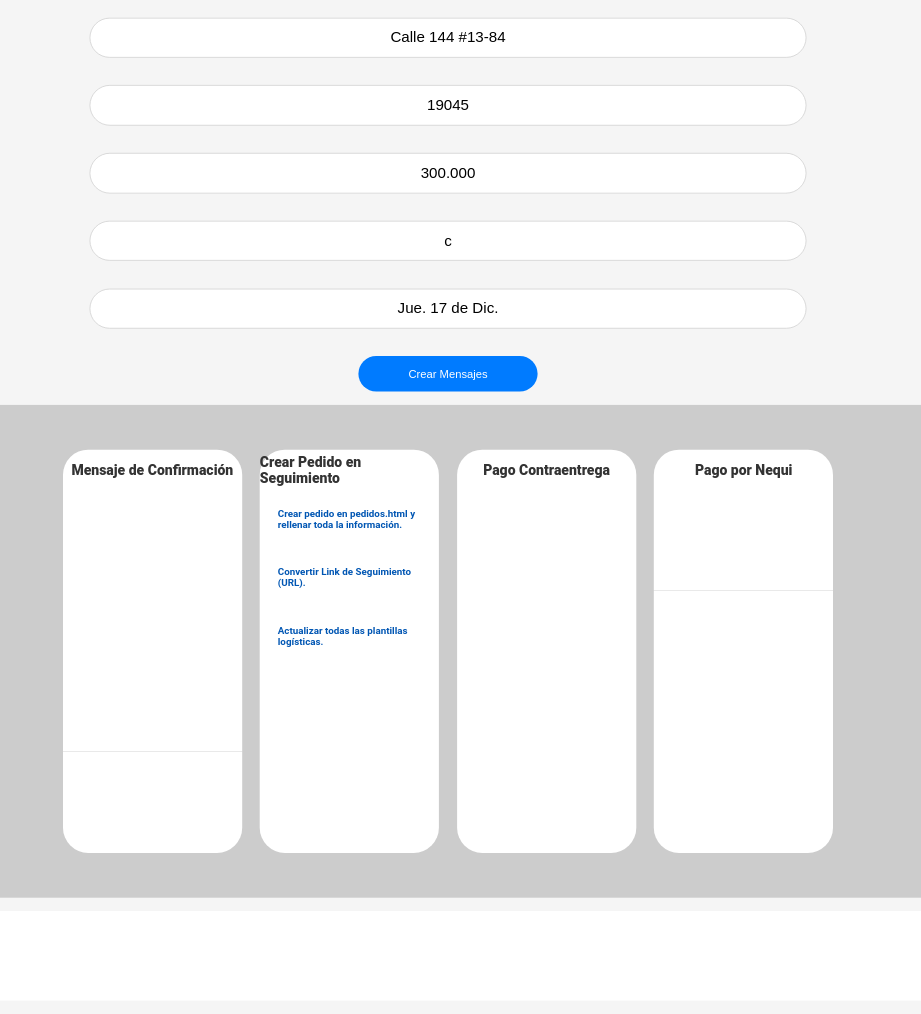
Repository: aCoupon0/intranet
Page: 1/venta-1.html
An editor plug-in stored every save of this project. The page is shown before and after the next save, followed by the edit.
The browser window is 1280 px wide. The page is 1316 px wide, so the pictures cover 1316 px, including what lies to the right of the window. The pictures show the part of the page from y = 789 to 2669 px (the page is 2237 px tall before and 2669 px after), at 70% of full size.

Above is the page before, as saved 2024-12-09 15:48:07.

### 1/venta-1.html
<!DOCTYPE html>
<html lang="es">

<head>
    <meta charset="UTF-8">
    <meta name="viewport" content="width=device-width, initial-scale=1.0">
    <title>Intranet DermaBox</title>
    <link rel="stylesheet" href="../css/venta.css">
</head>

<body>
    <h1>Formulario de Pedido</h1>

    <!-- Inputs para los productos -->
    <input type="text" id="input-limpiador" class="input-texto" placeholder="Limpiador" value="Limpiador Hidratante de CeraVe">
    <input type="text" id="input-hidratante" class="input-texto" placeholder="Hidratante" value="Tónico Centella Asiatica">
    <input type="text" id="input-bloqueador" class="input-texto" placeholder="Bloqueador" value="ISDIN Fusion Water Magic SPF 50">
    <input type="text" id="input-potenciador" class="input-texto" placeholder="Potenciador" value="Sérum Hialurónico 2% + B5 The Ordinary">

    <!-- Inputs para los datos del cliente -->
    <input type="text" id="input-nombre" class="input-texto" placeholder="Nombre" value="Gabriel Paris">
    <input type="text" id="input-celular" class="input-texto" placeholder="Celular" value="3104738570">
    <input type="text" id="input-ciudad" class="input-texto" placeholder="Ciudad" value="Bogota">
    <input type="text" id="input-direccion" class="input-texto" placeholder="Dirección" value="Calle 144 #13-84">

    <!-- Inputs para código, cobro y método -->
    <input type="text" id="input-codigo" class="input-texto" placeholder="Código" value="19045">
    <input type="text" id="input-cobro" class="input-texto" placeholder="Cobro" value="300.000">
    <input type="text" id="input-metodo" class="input-texto" placeholder="Método de Pago" value="c">
    <input type="text" id="input-fecha" class="input-texto" placeholder="Fecha de Llegada" value="Jue. 17 de Dic.">

    <!-- Botón para enviar -->
    <button id="boton-enviar" class="boton-enviar">Crear Mensajes</button>

    <div class="primera-fase">
        <div class="section-dual">
            <div class="section-dual-title">Mensaje de Confirmación</div>
            <div class="section-dual-1"></div>
            <div class="section-dual-2"></div>
        </div>
        <div class="section-dual">
            <div class="section-dual-title">Crear Pedido en Seguimiento</div>
            <div class="section-dual-instruction">Crear pedido en pedidos.html y rellenar toda la información.</div>
            <div class="section-dual-instruction">Convertir Link de Seguimiento (URL).</div>
            <div class="section-dual-instruction">Actualizar todas las plantillas logísticas.</div>
        </div>
        <div class="section-dual">
            <div class="section-dual-title">Pago Contraentrega</div>
            <div class="section-dual-3"></div>
        </div>
        <div class="section-dual">
            <div class="section-dual-title">Pago por Nequi</div>
            <div class="section-dual-4"></div>
            <div class="section-dual-5"></div>
        </div>

    </div>

    <div class="segunda-fase">

    </div>

    <div class="tercera-fase"></div>

    <script src="../js/ventas-shared.js"></script>
</body>

</html>

### css/venta.css
body {
    font-family: 'Roboto', system-ui, -apple-system, BlinkMacSystemFont, 'Segoe UI', sans-serif;
    margin: 0;
    padding: 0;
    display: flex;
    justify-content: center;
    align-items: center;
    height: auto;
    flex-direction: column;
    background-color: #f5f5f5;
    color: #333;
    gap: 1.5vw;
    padding-top: 5vh;
}

input {
    width: 80vw; /* Ocupa el 80% del ancho del contenedor */
    height: 8vh; /* Altura dinámica según el viewport */
    padding: 10px;
    font-size: 3vh;
    border: 1px solid #ccc;
    border-radius: 5vw;
    margin-bottom: 20px; /* Separación del botón */
    box-sizing: border-box;
    text-align: center;
}

.boton-enviar {
    width: 20%; /* Mismo ancho que el input */
    padding: 10px;
    height: 7vh; /* Misma altura que el input */
    font-size: 1rem;
    background-color: #007BFF;
    color: white;
    border: none;
    border-radius: 5vw;
    cursor: pointer;
    transition: background-color 0.3s;
    text-align: center;
}

.boton-enviar:hover {
    background-color: #0056b3;
}


.primera-fase {
    width: 100%;
    height: auto;
    padding: 5% 5vh 5% 5vh;
    display: flex;
    justify-content: center;
    align-content: center;
    background-color: #ccc;
    flex-direction: row;
    gap: 2%;
}

.section-dual {
    width: 20%;
    height: 80vh;
    border-radius: 5vh;
    display: flex;
    flex-direction: column;
    background-color: #ffffff;
    justify-content: flex-start;
    align-items: center;
}

.section-dual-title {
    width: 100%;
    height: 10%;
    display: flex;
    justify-content: center;
    align-items: center;
    font-size: 20px;
    font-weight: 800;
}

.section-dual-instruction {
    width: 100%;
    height: auto;
    display: flex;
    justify-content: flex-start;
    align-items: center;
    font-size: 14px;
    font-weight: 600;
    padding: 10%;
    box-sizing: border-box;
    color: #0056b3;
}

.section-dual-1 {
    width: 100%;
    height: 65%;
    border-bottom: 1px solid rgba(128, 128, 128, 0.339);
    display: flex;
    justify-content: flex-start;
    align-items: center;
    text-align: left;
    box-sizing: border-box;
    font-size: 13px;
    font-weight: 400;
    padding: 5%;
}


.section-dual-2 {
    width: 100%;
    height: 25%;
    display: flex;
    justify-content: flex-start;
    align-items: center;
    text-align: left;
    box-sizing: border-box;
    font-size: 13px;
    font-weight: 400;
    padding: 5%;
}

.section-dual-3 {
    width: 100%;
    height: 75%;
    display: flex;
    justify-content: flex-start;
    align-items: center;
    text-align: left;
    flex-direction: column;
    box-sizing: border-box;
    font-size: 13px;
    font-weight: 400;
    padding: 5%;
}

.section-dual-4 {
    width: 100%;
    height: 25%;
    border-bottom: 1px solid rgba(128, 128, 128, 0.339);
    display: flex;
    justify-content: flex-start;
    align-items: center;
    text-align: left;
    box-sizing: border-box;
    font-size: 13px;
    font-weight: 400;
    padding: 5%;
}


.section-dual-5 {
    width: 100%;
    height: 65%;
    display: flex;
    justify-content: flex-start;
    align-items: center;
    text-align: left;
    box-sizing: border-box;
    font-size: 13px;
    font-weight: 400;
    padding: 5%;
    flex-direction: column;
}


.segunda-fase {
    width: 100%;
    height: auto;
    padding: 5% 5vh 5% 5vh;
    display: flex;
    justify-content: center;
    align-content: center;
    background-color: #ffffff;
    flex-direction: column;
}

.producto-item {
    display: flex;
    align-items: center;
    justify-content: center;
    width: 100%;
    height: auto;
    padding: 3% 10% 3% 10%;
    box-sizing: border-box;
}

.producto-checkbox {
    width: 50px; /* Tamaño de la checkbox */
    height: 50px; /* Tamaño de la checkbox */
    cursor: pointer; /* Cambia el cursor para indicar interactividad */
    display: flex;
    justify-content: center;
    align-items: center;
}

.producto-checkbox input[type="checkbox"] {
    width: 25px; /* Ancho del área del checkbox */
    height: 25px; /* Alto del área del checkbox */
    cursor: pointer; /* Cambia el cursor para indicar interactividad */
    accent-color: #007BFF; /* Cambia el color del checkbox (en navegadores compatibles) */
    margin-right: 10px; /* Espacio entre el checkbox y el texto */
}

.producto-item span {
    font-size: 18px; /* Tamaño del texto */
    line-height: 1.5; /* Espaciado para mejor lectura */
    font-weight: 800; /* Peso de la fuente para hacerla más visible */
    color: #333; /* Color del texto */
    font-size: 30px;
}




.tercera-fase {
    width: 100%;
    height: auto;
    display: flex;
    justify-content: center;
    align-content: center;
    flex-direction: row;
    background-color: #ccc;
    flex-direction: row;
    gap: 2%;
}


.tercera-fase-1 {
    width: 50%;
    height: 60vh;
    border-right: 1px solid grey;
}

.tercera-fase-2 {
    width: 50%;
    height: 60vh;
}

### js/ventas-shared.js
document.getElementById("boton-enviar").addEventListener("click", () => {
    const nombre = document.getElementById("input-nombre").value.trim();
    const codigo = document.getElementById("input-codigo").value.trim();
    const limpiador = document.getElementById("input-limpiador").value.trim();
    const hidratante = document.getElementById("input-hidratante").value.trim();
    const bloqueador = document.getElementById("input-bloqueador").value.trim();
    const potenciador = document.getElementById("input-potenciador").value.trim();
    const ciudad = document.getElementById("input-ciudad").value.trim();
    const direccion = document.getElementById("input-direccion").value.trim();
    const cobro = document.getElementById("input-cobro").value.trim();

    // Construir el mensaje con saltos de línea en HTML
    let mensaje = `Hola *${nombre}*.<br><br>Gracias por tu compra en DermaBox. Tu pedido *#${codigo}* ha sido confirmado y está en preparación.<br><br>Por favor confirma los siguientes datos:<br><br>*Pedido*<br>`;

    if (limpiador) mensaje += ` - *${limpiador}*<br>`;
    if (hidratante) mensaje += ` - *${hidratante}*<br>`;
    if (bloqueador) mensaje += ` - *${bloqueador}*<br>`;
    if (potenciador) mensaje += ` - *${potenciador}*<br>`;
    if (cobro) mensaje += ` - *${cobro}*<br>`;

    mensaje += `<br>*Información del Cliente*<br>`;
    if (nombre) mensaje += ` - *${nombre}*<br>`;
    if (ciudad) mensaje += ` - *${ciudad}*<br>`;
    if (direccion) mensaje += ` - *${direccion}*<br>`;


    // Mostrar el mensaje en el div correspondiente
    const sectionDual1 = document.querySelector(".section-dual-1");
    sectionDual1.innerHTML = mensaje; // Asignar el HTML con saltos de línea


    // Construir el mensaje para section-dual-2
    const mensaje2 = `Para hacer el envío necesitamos los siguientes datos:<br><br> - Número de cédula<br> - Detalles de dirección (Casa, Conjunto, Edificio...)<br>`;

    // Mostrar el mensaje en section-dual-2
    const sectionDual2 = document.querySelector(".section-dual-2");
    sectionDual2.innerHTML = mensaje2;



    const metodoPago = document.querySelector("#input-metodo").value;
    const fechaLlegada = document.querySelector("#input-fecha").value; // Asegúrate de que esta variable obtenga el input correcto para la fecha.
    const linkSeguimiento = "https://tu-link-de-seguimiento.com"; // Proporciona aquí el link de seguimiento.

    if (metodoPago === "n") {
        // Rellenar section-dual-4
        const sectionDual4 = document.querySelector(".section-dual-4");
        sectionDual4.innerHTML = `
            Perfecto!<br>
            Indicaste que preferías el pago por Nequi, aquí tienes los datos para realizar el envío:
        `;

        // Rellenar section-dual-5
        const sectionDual5 = document.querySelector(".section-dual-5");
        sectionDual5.innerHTML = `
            Super!<br>
            Tu DermaBox está en camino y llegará aproximadamente el *${fechaLlegada}*. Aquí está el
            <a href="${linkSeguimiento}" target="_blank">*Link de Seguimiento*</a>.<br>
            Aquí puedes revisar nuevamente cómo aplicar tu rutina, acceder al *Qué Hacer Hoy* y muchas más cosas.<br>
            Dicho esto, muchas gracias por confiar en nosotros. Estaremos atentos a cualquier pregunta que puedas tener.<br>
            Y no te olvides de seguir las precauciones recomendadas.<br>
            ¡Hasta Pronto!
        `;
    } else if (metodoPago === "c") {
        // Rellenar section-dual-5
        const sectionDual3 = document.querySelector(".section-dual-3");
        sectionDual3.innerHTML = `
            Super!<br>
            Tu DermaBox está en camino y llegará aproximadamente el *${fechaLlegada}*.<br>
            Recuerda tener el dinero preparado o dejarlo en casa si no estarás presente al momento de la entrega.<br>
            Aquí está el <a href="${linkSeguimiento}" target="_blank">Link de Seguimiento</a>, aquí puedes revisar nuevamente la rutina, acceder al *Qué Hacer Hoy* y muchas más cosas.<br>
            Dicho esto, muchas gracias por confiar en nosotros. Estaremos atentos a cualquier pregunta que puedas tener.<br>
            ¡Hasta Pronto!
        `;
    }





    const segundaFase = document.querySelector(".segunda-fase");
    segundaFase.innerHTML = ""; // Limpia el contenido existente antes de agregar la lista.

    // Inputs de los productos
    const productos = [
        { id: "input-limpiador", nombre: "Limpiador" },
        { id: "input-hidratante", nombre: "Hidratante" },
        { id: "input-bloqueador", nombre: "Bloqueador" },
        { id: "input-potenciador", nombre: "Potenciador" },
    ];

    // Crear una lista dinámica
    productos.forEach(producto => {
        const valor = document.querySelector(`#${producto.id}`).value.trim();

        if (valor) {
            // Crear un contenedor para cada item
            const itemContainer = document.createElement("div");
            itemContainer.className = "producto-item";
            itemContainer.style.display = "flex";
            itemContainer.style.alignItems = "center";
            itemContainer.style.marginBottom = "8px";

            // Crear la checkbox
            const checkbox = document.createElement("input");
            checkbox.type = "checkbox";
            checkbox.className = "producto-checkbox";
            checkbox.style.marginRight = "10px";

            // Crear el texto del producto
            const texto = document.createElement("span");
            texto.textContent = valor;

            // Agregar checkbox y texto al contenedor
            itemContainer.appendChild(checkbox);
            itemContainer.appendChild(texto);

            // Agregar el contenedor a la segunda-fase
            segundaFase.appendChild(itemContainer);
        }
    });
});

After the next save:
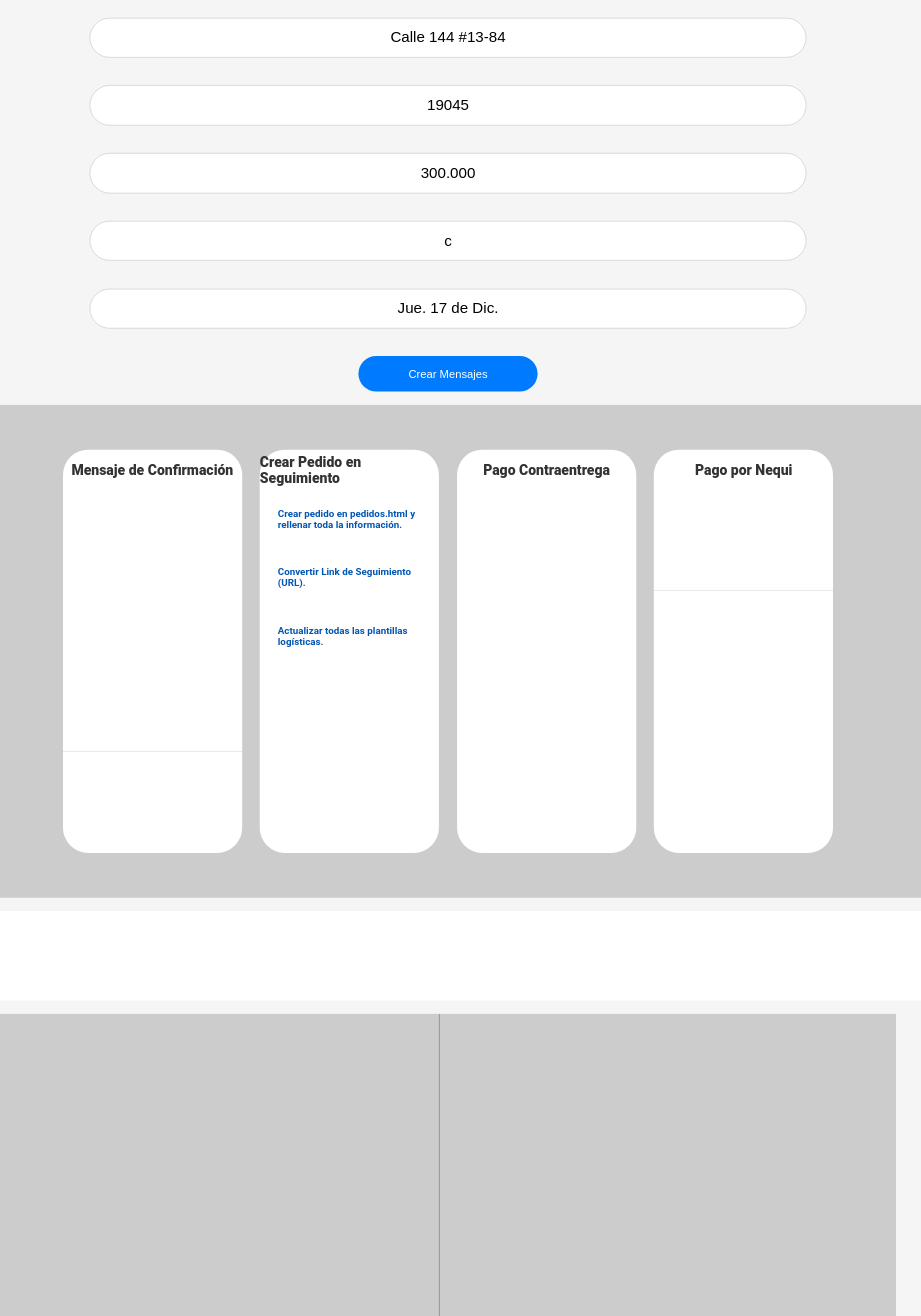
Saved 15 s later.
--- a/1/venta-1.html
+++ b/1/venta-1.html
@@ -60,7 +60,10 @@
 
     </div>
 
-    <div class="tercera-fase"></div>
+    <div class="tercera-fase">
+        <div class="tercera-fase-1"></div>
+        <div class="tercera-fase-2"></div>
+    </div>
 
     <script src="../js/ventas-shared.js"></script>
 </body>
